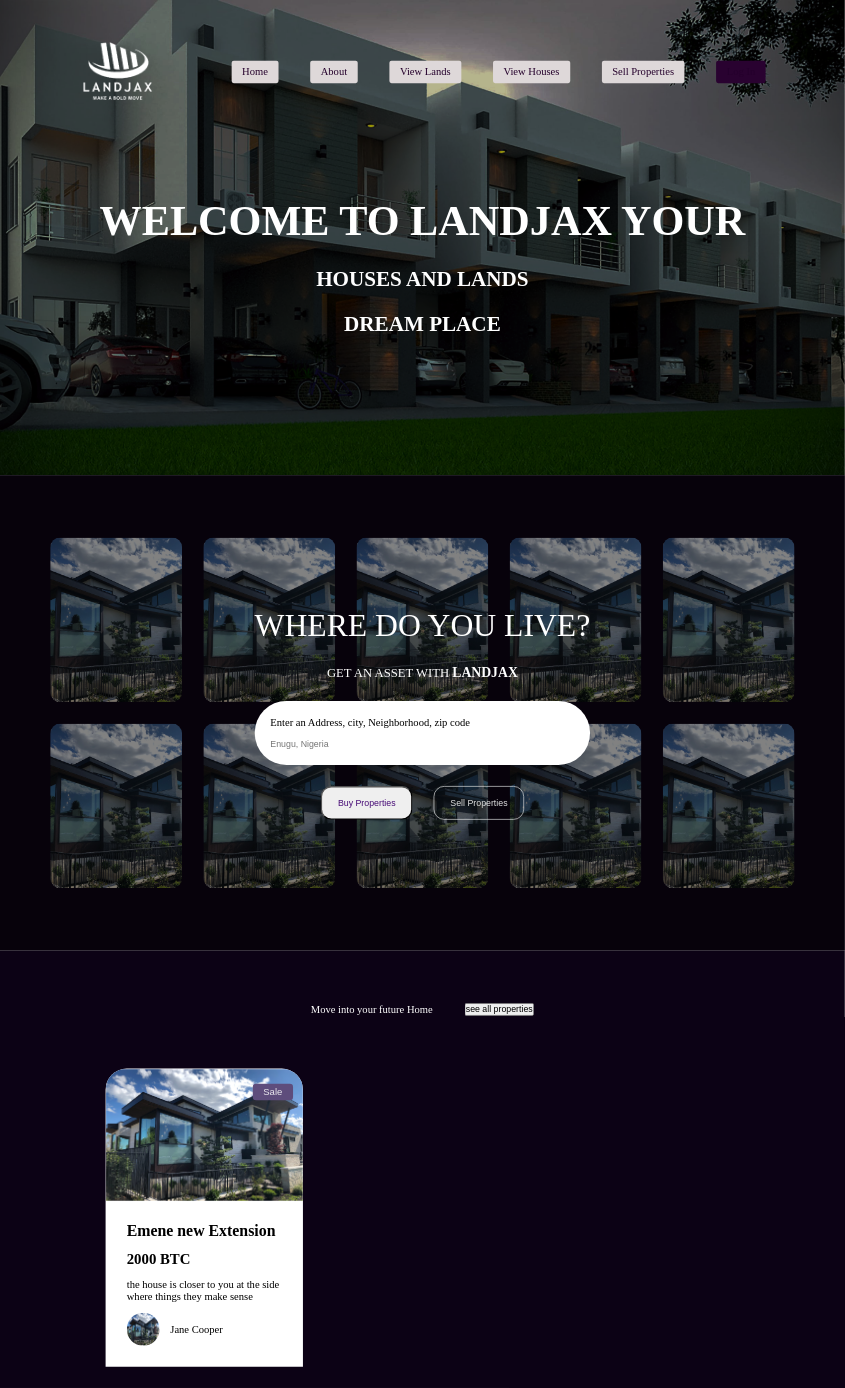
Repository: NorVirae/landjax-frontend
Page: /
The author's editor kept a copy of each file at every save. The page is drawn from the files as they stood at one save, then again after the next save.
The browser window is 1280 px wide. The pictures show the whole page, at 66% of full size.
The project was rebuilt for these pictures with package versions that can differ from the ones it lists, and the page was loaded fresh each time. The framework's server and built-in components were replaced by stand-ins that run in the browser. Also part of the build but not shown: next.config.js.

Above is the page before, as saved 2022-07-03 06:54:22.

### pages/_app.tsx
import '../src/styles/Landing.css'
import '../src/styles/Global.css'


import type { AppProps } from 'next/app'

function MyApp({ Component, pageProps }: AppProps) {
  return <Component {...pageProps} />
}

export default MyApp

### pages/index.tsx
import type { NextPage } from 'next'
import Head from 'next/head'
import Image from 'next/image'
import Navbar from '../src/components/Navbar'
import HouseImg from '../src/assets/24.png'

const Home = () => {
  return (
    <div>
      <Head>
        <title>Land Jax</title>
        <meta name="description" content="Generated by create next app" />
        <link rel="icon" href="/favicon.ico" />
      </Head>


      <main>
        <section className='carousel__container'>
          <Navbar />

          <div className='carousel__welcome-screen'>
            <h2 className='carousel__welcome-text'>WELCOME TO LANDJAX YOUR</h2>
            <h3 className='carousel__house-lands'>HOUSES AND LANDS</h3>
            <h4 className='carousel__dream-place'>DREAM PLACE</h4>

          </div>

        </section>

        <section className='house__preview'>

          <div className='house__preview-overlay'>

          </div>

          <div className='house__preview-inner'>
            <Image src={HouseImg} height={"250rem"} objectFit={"cover"} width="200rem" className='house__image-preview'/>
            <Image src={HouseImg} height={"250rem"} objectFit={"cover"} width="200rem" className='house__image-preview'/>
            <Image src={HouseImg} height={"250rem"} objectFit={"cover"} width="200rem" className='house__image-preview'/>
            <Image src={HouseImg} height={"250rem"} objectFit={"cover"} width="200rem" className='house__image-preview'/>
            <Image src={HouseImg} height={"250rem"} objectFit={"cover"} width="200rem" className='house__image-preview'/>
            <Image src={HouseImg} height={"250rem"} objectFit={"cover"} width="200rem" className='house__image-preview'/>
            <Image src={HouseImg} height={"250rem"} objectFit={"cover"} width="200rem" className='house__image-preview'/>
            <Image src={HouseImg} height={"250rem"} objectFit={"cover"} width="200rem" className='house__image-preview'/>
            <Image src={HouseImg} height={"250rem"} objectFit={"cover"} width="200rem" className='house__image-preview'/>
            <Image src={HouseImg} height={"250rem"} objectFit={"cover"} width="200rem" className='house__image-preview'/>

          </div>

          <section className='house__intro'>
            <p className='house__live'> WHERE DO YOU LIVE?</p>
            <p className='house__asset'> GET AN ASSET WITH <span className='house__land-annouce'>LANDJAX</span></p>

            <div className='house__form-group'>
              <label className='house__form-label'>Enter an Address, city, Neighborhood, zip code</label>
              <input className="house__form-control" placeholder='Enugu, Nigeria' />
            </div>
            <div className='house__btn-ecom-container'>
              <button className='house__btn-buy-prop'>Buy Properties</button>
              <button className='house__btn-sell-prop'>Sell Properties</button>
            </div>


          </section>

        </section>

        <section className='future__container'>
          <div className='future__header'>
            <p>Move into your future Home</p>
            <button>
              see all properties
            </button>
          </div>

          <div className='future__houses-card-container'>
            <section className='future__house-card'>
              <button className='future__btn-sale'>Sale</button>

              <Image src={HouseImg} className='future__card-img'/>
              <div className='future__card-body'>
                <h3 className='future__card-title'>
                  Emene new Extension
                </h3>
                <span className='future__card-price'>
                  2000 BTC
                </span>

                <p className='future__card-desc'>
                  the house is closer to you at the side where things they make sense
                </p>

                <div className='future__profile-container'>
                  <Image src={HouseImg} height="50rem" width={"50rem"} className="future__profile-img" />
                  Jane Cooper
                </div>
              </div>
            </section>


          </div>
        </section>

      </main>

      <footer>

      </footer>
    </div>
  )
}

export default Home

### src/styles/Landing.css
.carousel__container{
    background-repeat: no-repeat;
    background-image: url('../assets/1.png');
    background-size: cover;
    height: 100vh;
    width: 100vw;
}
.navbar{
    display: flex;
    justify-content: space-around;
    padding: 4rem;
    align-items: center;
}


.navbar .nav {
    display: flex;
    text-decoration: none;
    list-style: none;
    gap: 3rem;
}

.navbar .nav a{

}

.navbar__nav-link{
    /* padding: 3rem 2rem; */
    color: #25012C;
}

.navbar__nav-item{
    background-color: #DED8D9;
    color: #25012C;
    padding: .5rem 1rem;
    border-radius: .2rem;

}

.sign-in{
    background-color: #290230;
    color: #DFDDDF!important;

}

.carousel__welcome-screen{
    padding: 5rem 3rem;
    color: white;
    display: flex;
    justify-content: center;
    align-items: center;
    flex-direction: column;
    gap: 2rem;
}


.carousel__welcome-text{
    font-size: 4rem;
}
.carousel__house-lands{
    font-size: 2rem;
}
.carousel__dream-place{
    font-size: 2rem;
}


.house__preview{
    height: 100vh;
    width: 100vw;
    display: flex;
    justify-content: center;
    align-items: center;
    display: flex;
    flex-direction: column;
    background-color: #0D0316;
    position: relative;

}

.house__preview-inner{
    display: grid;
    gap: 2rem;
    grid-template-columns: repeat(5, 1fr);

}

.house__preview-overlay{
    background-color: #0000007e;
    height: 100vh;
    width: 100vw;
    position: absolute;
    left: 0%;
    top: 0%;
    z-index: 2;
}

.house__image-preview{
    border-radius: 1rem;
}

.house__intro {
    display: flex;
    justify-content: center;
    align-items: center;
    flex-direction: column;
    gap: 2rem;
    position: absolute;
    color: white;
    z-index: 3;
}

.house__live{
    font-size: 3rem;
}

.house__asset{
    font-size: 1.2rem;
}

.house__land-annouce{
    font-weight: 900;
    font-size: 1.3rem;
}

.house__form-group{
    background-color: white;
    border: 1rem;
    padding: 1.5rem;
    border-radius: 3rem;
    display: flex;
    flex-direction: column;
    gap: 1rem;
    width: 100%;
}

.house__form-label{
    color: black;
}

.house__form-control{
    border: none;
}

.house__form-control:focus{
    outline: none;
}

.house__btn-ecom-container{
    display: flex;
    gap: 2rem;
}

.house__btn-buy-prop{
    padding: 1rem 1.5rem;
    border-radius: 1rem;
    color: #470C76;

}

.house__btn-sell-prop{
    padding: 1rem 1.5rem;
    border-radius: 1rem;
    color: #E1E2E2;
    background-color: transparent;
    border: .1rem solid #E1E2E2;

}

.future__container{
    width: 100vw;
    background-color: #0C0215;
    padding: 2rem 3rem;

    display: flex;
    justify-content: center;
    align-items: center;
    flex-direction: column;
    gap: 2rem;
}

.future__header{
    color: white;
    display: flex;
    align-items: center;
    gap: 3rem;
    padding: 3rem 7rem;
}


.future__prop-text{
    font-size: 3rem;

}
.future__btn-prop{
    font-size: 1.2rem;
    padding: 1rem 3rem;
    background-color: #2B0549;
    color: white;
    border: none;
}
.future__houses-card-container{
    display: grid;
    grid-template-columns: repeat(3, 1fr);
    gap: 2rem;
    margin: auto 3rem;
    max-width: 60rem;
}

.future__house-card{
    display: flex;
    flex-direction: column;
    color: white;
    border-top-left-radius: 2rem;
    border-top-right-radius: 2rem;
    height: 100%;
    background-color: #ffff;
    position: relative;

}

.future__card-img{
    border-top-left-radius: 2rem;
    border-top-right-radius: 2rem;

}

.future__card-body{
    display: flex;
    flex-direction: column;
    color: #000;
    gap: 1rem;
    padding: 2rem;
}

.future__card-title{
    font-weight: 900;
    font-size: 1.5rem;
}

.future__card-price{
    font-size: 1.4rem;
    font-weight: 900;
}

.future__card-desc{
    font-size: 1rem;
}

.future__profile-container{
    display: flex;
    align-items: center;
    gap: 1rem;

}
.future__profile-img{
    border-radius: 100%;
}

.future__btn-sale{
    background-color: #5E4D7C;
    color: #EBE9EF;
    padding: .3rem 1rem;
    border-radius: .3rem;
    position: absolute;
    border: none;
    font-size: .9rem;
    right: 5%;
    top: 5%;
    z-index: 2;
}

.explore__market-container{
    display: flex;
    gap: 4rem;
    justify-content: space-around;
    background-image: url(../assets//16.png);
}

### src/styles/Global.css
* {
    padding: 0;
    margin: 0;
    box-sizing: border-box;
}

a {
    text-decoration: none;
}

### src/components/Navbar.tsx
import Link from "next/link";
import React from "react";
import Image from "next/image";
import Logo from "../assets/logo.png"

const Navbar:React.FC = ({}) => {

    return (
        <nav className="navbar">
            <Link href="#">
                <Image className="navbar_brand" src={Logo} width="120rem" objectFit="contain" height="90rem" />
            </Link>
            <ul className="nav">
                <li className="navbar__nav-item">
                    <Link href={"/"}>
                        <a className={"navbar__nav-link"}>
                            Home
                        </a>
                    </Link>
                </li>

                <li className="navbar__nav-item">
                    <Link href={"/"}>
                        <a className={"navbar__nav-link"}>
                            About
                        </a>
                    </Link>
                </li>

                <li className="navbar__nav-item">
                    <Link href={"/view/lands"}>
                        <a className={"navbar__nav-link"}>
                            View Lands
                        </a>
                    </Link>
                </li>

                <li className="navbar__nav-item">
                    <Link href={"/view/houses"}>
                        <a className={"navbar__nav-link"}>
                            View Houses
                        </a>
                    </Link>
                </li>

                <li className="navbar__nav-item">
                    <Link href={"/sell/properties"}>
                        <a className={"navbar__nav-link"}>
                            Sell Properties
                        </a>
                    </Link>
                </li>

                <li className="navbar__nav-item sign-in">
                    <Link href={"/login"}>
                        <a className={"navbar__nav-link"}>
                            Log In
                        </a>
                    </Link>
                </li>
            </ul>
        </nav>
    )

}

export default Navbar;

After the next save:
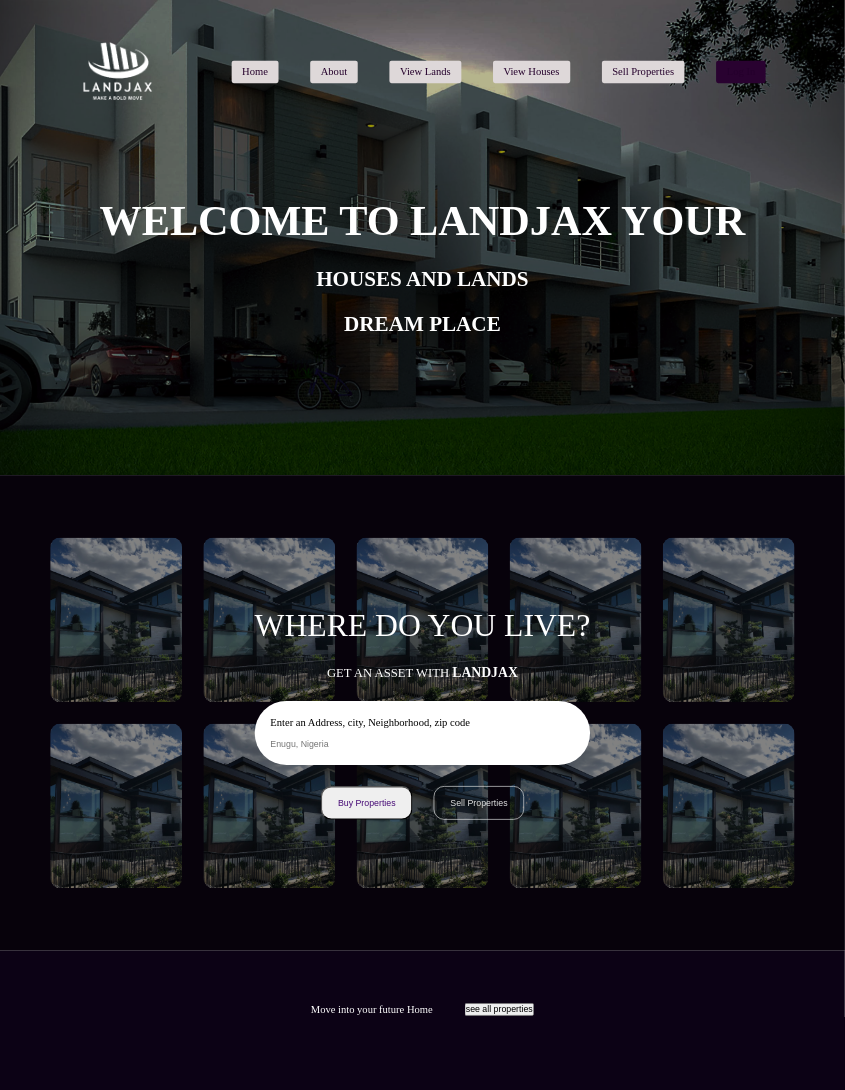
Saved 10 s later.
--- a/pages/index.tsx
+++ b/pages/index.tsx
@@ -74,28 +74,7 @@
           </div>
 
           <div className='future__houses-card-container'>
-            <section className='future__house-card'>
-              <button className='future__btn-sale'>Sale</button>
 
-              <Image src={HouseImg} className='future__card-img'/>
-              <div className='future__card-body'>
-                <h3 className='future__card-title'>
-                  Emene new Extension
-                </h3>
-                <span className='future__card-price'>
-                  2000 BTC
-                </span>
-
-                <p className='future__card-desc'>
-                  the house is closer to you at the side where things they make sense
-                </p>
-
-                <div className='future__profile-container'>
-                  <Image src={HouseImg} height="50rem" width={"50rem"} className="future__profile-img" />
-                  Jane Cooper
-                </div>
-              </div>
-            </section>
 
 
           </div>

After the 4 saves that followed:
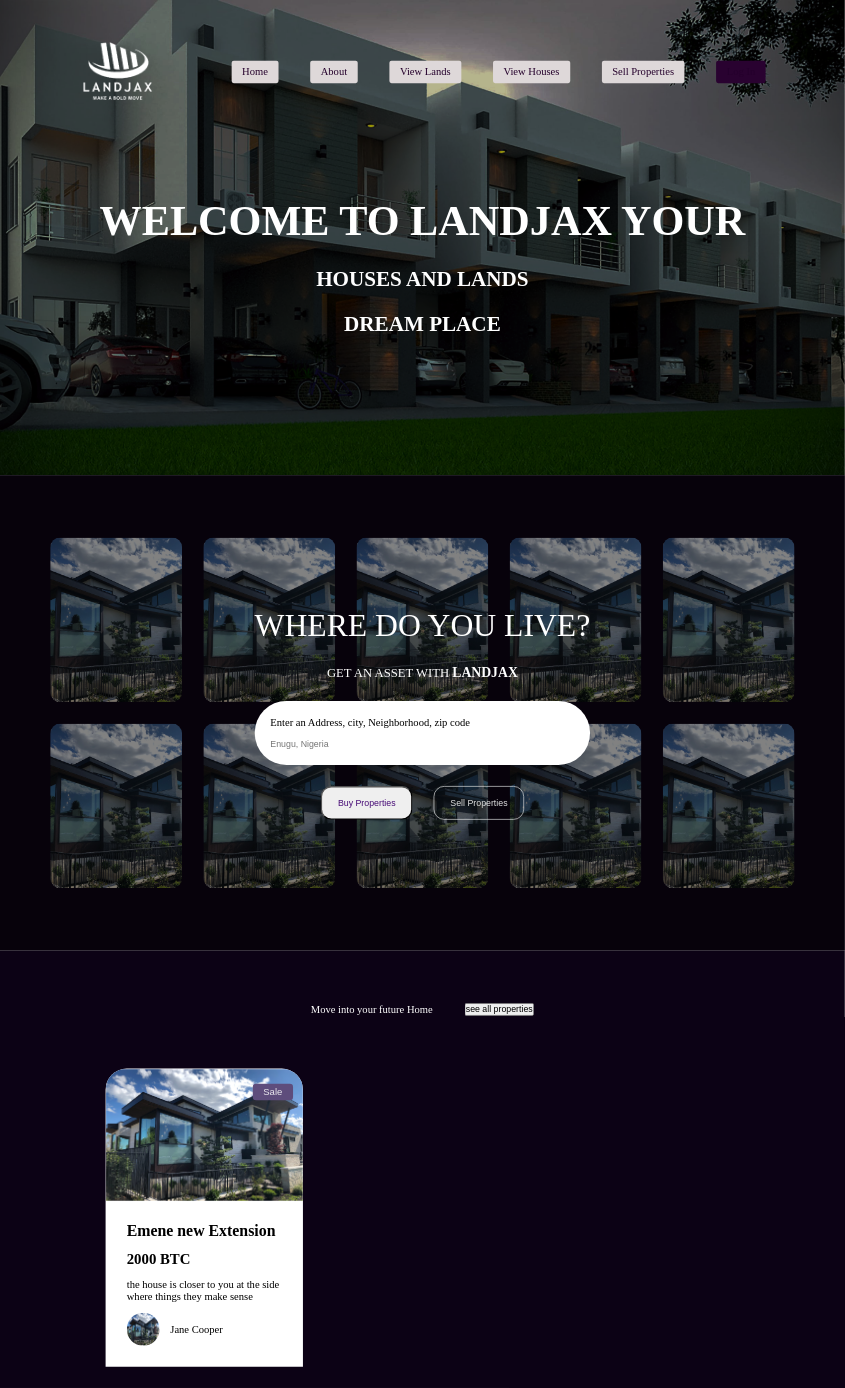
The 4 saves are shown as one change because 2 left the picture as it was and some came seconds apart.
The last was saved 36 s later.
--- a/pages/index.tsx
+++ b/pages/index.tsx
@@ -3,6 +3,34 @@
 import Image from 'next/image'
 import Navbar from '../src/components/Navbar'
 import HouseImg from '../src/assets/24.png'
+
+
+const HouseCard = () => {
+  return (
+    <section className='future__house-card'>
+              <button className='future__btn-sale'>Sale</button>
+
+              <Image src={HouseImg} className='future__card-img'/>
+              <div className='future__card-body'>
+                <h3 className='future__card-title'>
+                  Emene new Extension
+                </h3>
+                <span className='future__card-price'>
+                  2000 BTC
+                </span>
+
+                <p className='future__card-desc'>
+                  the house is closer to you at the side where things they make sense
+                </p>
+
+                <div className='future__profile-container'>
+                  <Image src={HouseImg} height="50rem" width={"50rem"} className="future__profile-img" />
+                  Jane Cooper
+                </div>
+              </div>
+            </section>
+  )
+}
 
 const Home = () => {
   return (
@@ -75,6 +103,7 @@
 
           <div className='future__houses-card-container'>
 
+            <HouseCard />
 
 
           </div>
